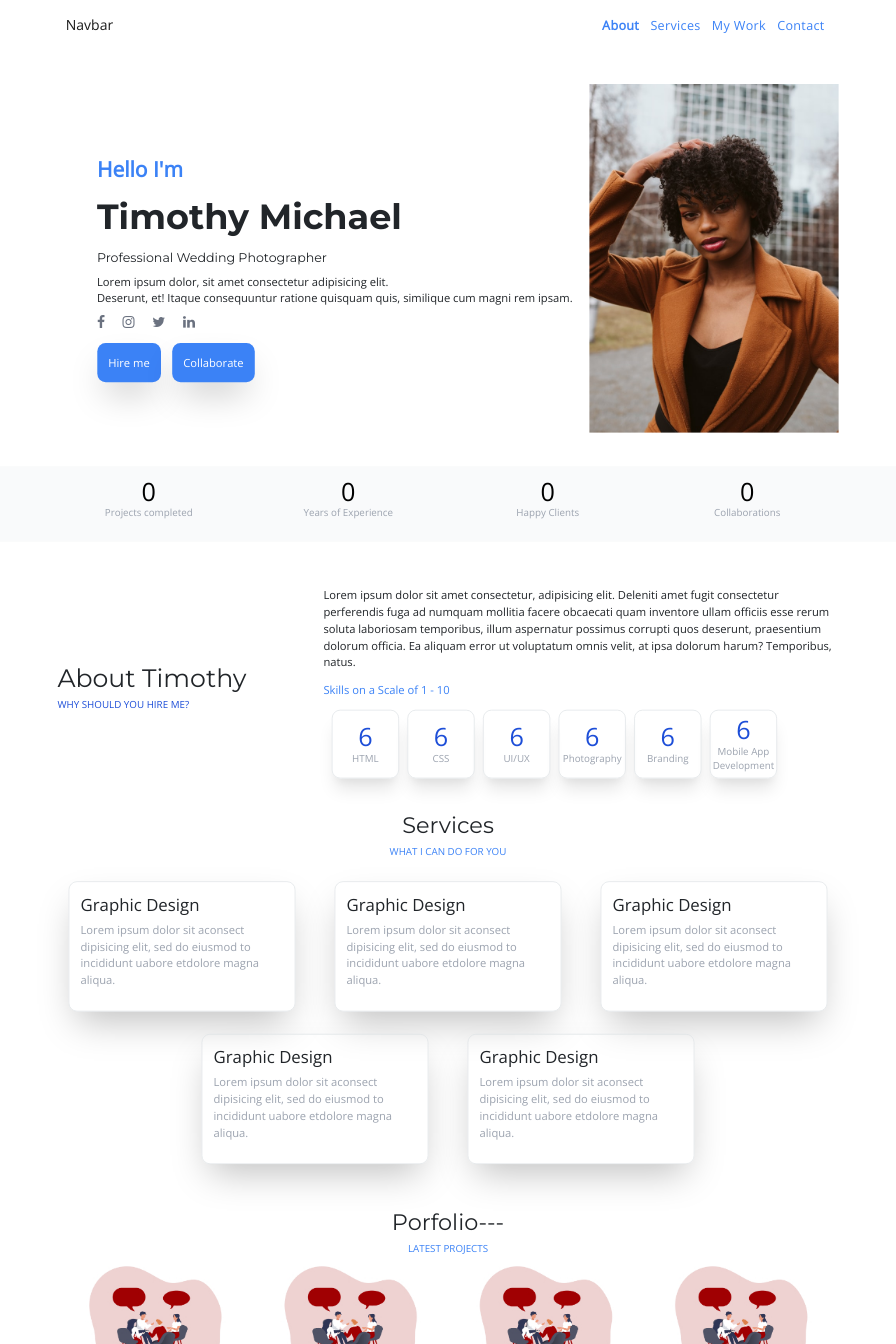
Repository: latenightsnacc/giggles
Page: HTML/freelancer.html
The author's editor kept a copy of each file at every save. The page is drawn from the files as they stood at one save, then again after the next save.
The browser window is 1280 px wide. The pictures show the part of the page from y = 0 to 1920 px (the page is 3824 px tall), at 70% of full size.
Some web libraries are served in a nearby version.

Above is the page before, as saved 2021-01-04 13:05:15.

After the next save:
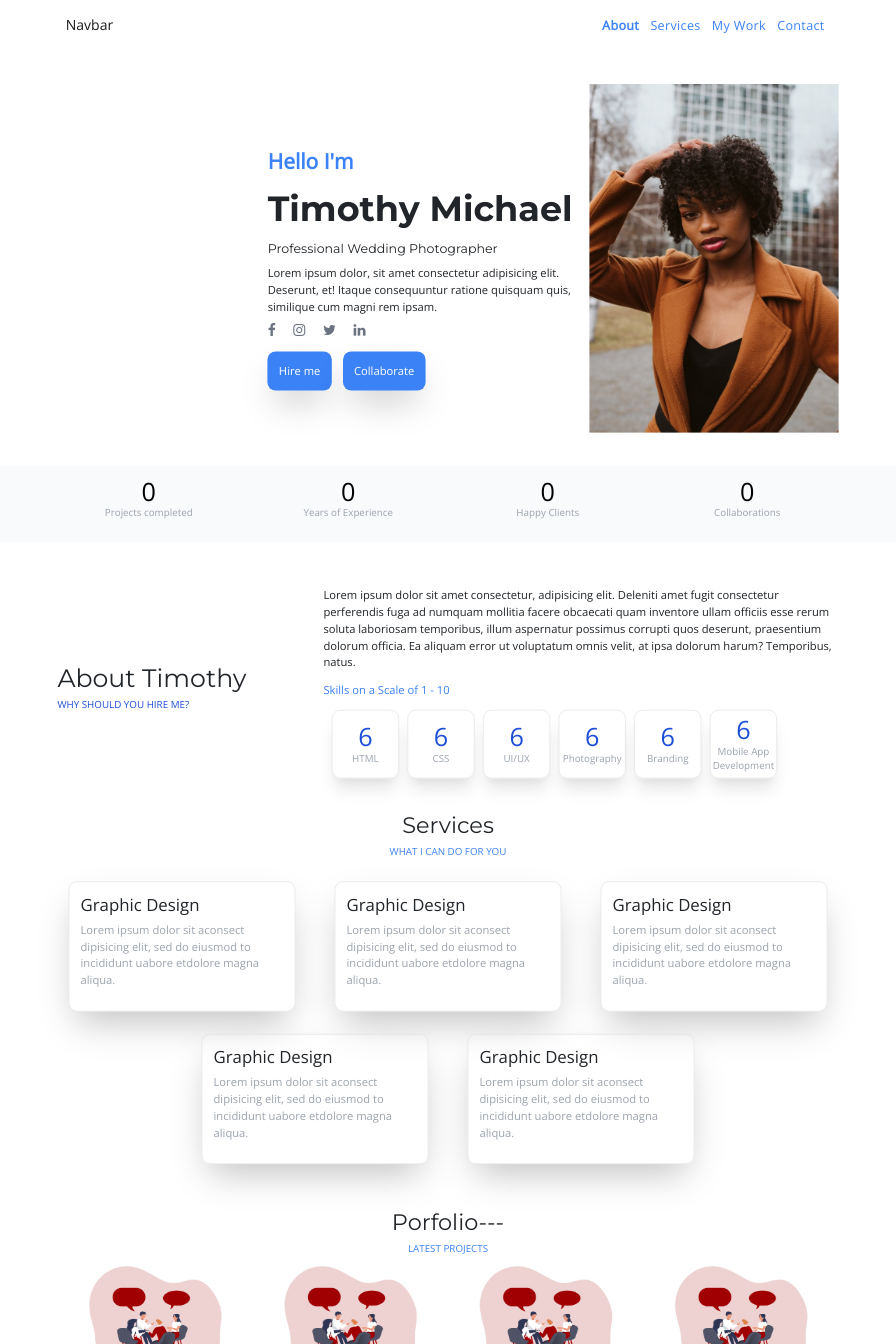
Saved 23 s later.
--- a/HTML/freelancer.html
+++ b/HTML/freelancer.html
@@ -59,7 +59,9 @@
                         <span class="semi-bold text-blue-500 py-10">Hello I'm</span>
                         <h1>Timothy Michael</h1>
                         <h2>Professional Wedding Photographer</h2>
-                        <p>Lorem ipsum dolor, sit amet consectetur adipisicing elit.<br/> Deserunt, et! Itaque consequuntur ratione quisquam quis, similique cum magni rem ipsam.</p>
+                        <p>Lorem ipsum dolor, sit amet consectetur adipisicing elit.<br/>
+                            Deserunt, et! Itaque consequuntur ratione quisquam quis,<br/>
+                             similique cum magni rem ipsam.</p>
                         <div class="mt-2">
                             <a href="#" class="text-xl text-gray-500 no-underline hover:text-blue-700">
                                 <i class="fa fa-facebook-f"></i>
